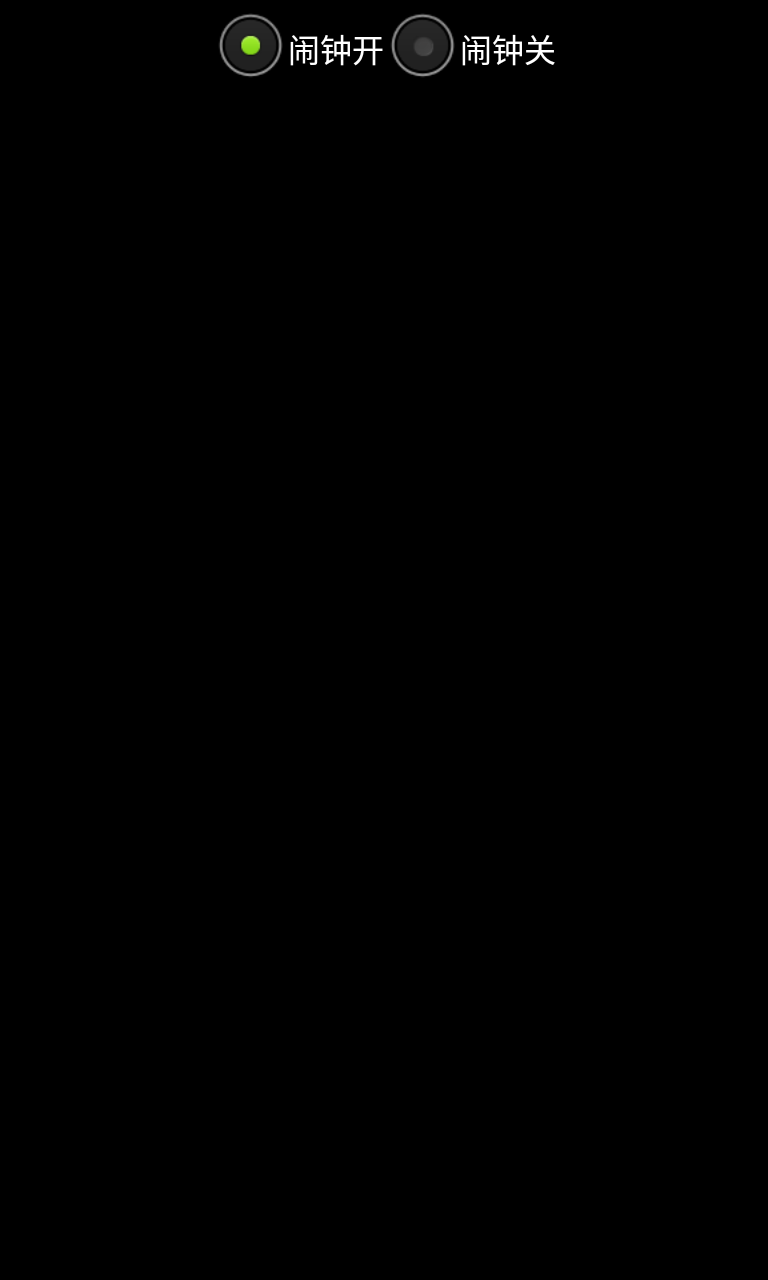
Repository: gogolaile/CoolWeather
Layout: DayDel/res/layout/alarm_newone_dialog.xml
These files come from the project's save history. The layout is drawn as it stood at one moment and after the next save; the edit follows.
It is drawn on a 768 x 1280 px phone screen (xhdpi) without system bars, with theme android:Theme.NoTitleBar.Fullscreen; the app's code is not run.

Above is the layout before, as saved 2015-12-09 12:34:26.

After the next save:
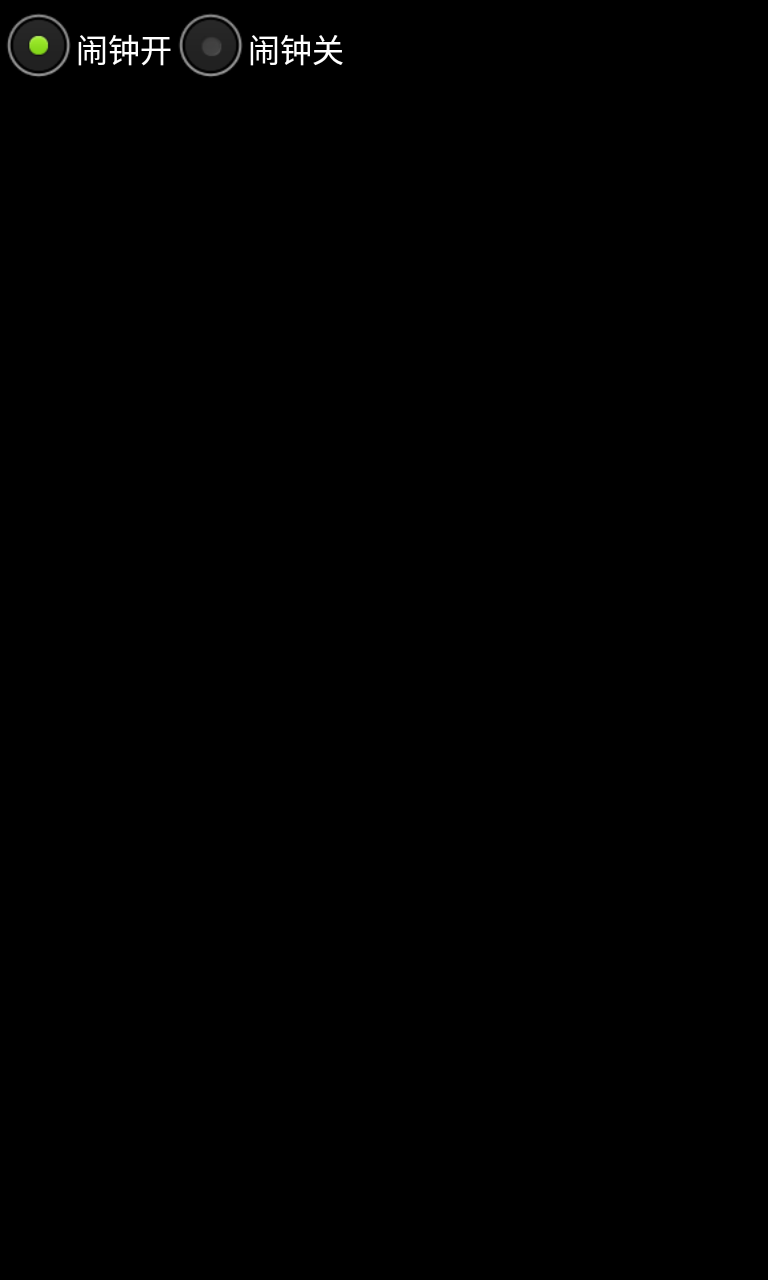
Saved 58 s later.
--- a/DayDel/res/layout/alarm_newone_dialog.xml
+++ b/DayDel/res/layout/alarm_newone_dialog.xml
@@ -7,16 +7,17 @@
      <RadioGroup android:id="@+id/alarm_mode"
          android:orientation="horizontal"
          android:layout_width="wrap_content"
-         android:layout_height="wrap_content"
-         android:layout_gravity="center_horizontal">
-         <RadioButton android:layout_width="wrap_content"
+         android:layout_height="wrap_content">
+         <RadioButton
+             android:id="@+id/open_alarm"
+             android:layout_width="wrap_content"
              android:layout_height="wrap_content"
-             android:id="@+id/open_alarm"
              android:text="闹钟开"
              android:checked="true"/>
-         <RadioButton android:layout_width="wrap_content"
+         <RadioButton
+             android:id="@+id/close_alarm"
+             android:layout_width="wrap_content"
              android:layout_height="wrap_content"
-             android:id="@+id/close_alarm"
              android:text="闹钟关"/>
      </RadioGroup>
 </LinearLayout>

After the 2 saves that followed:
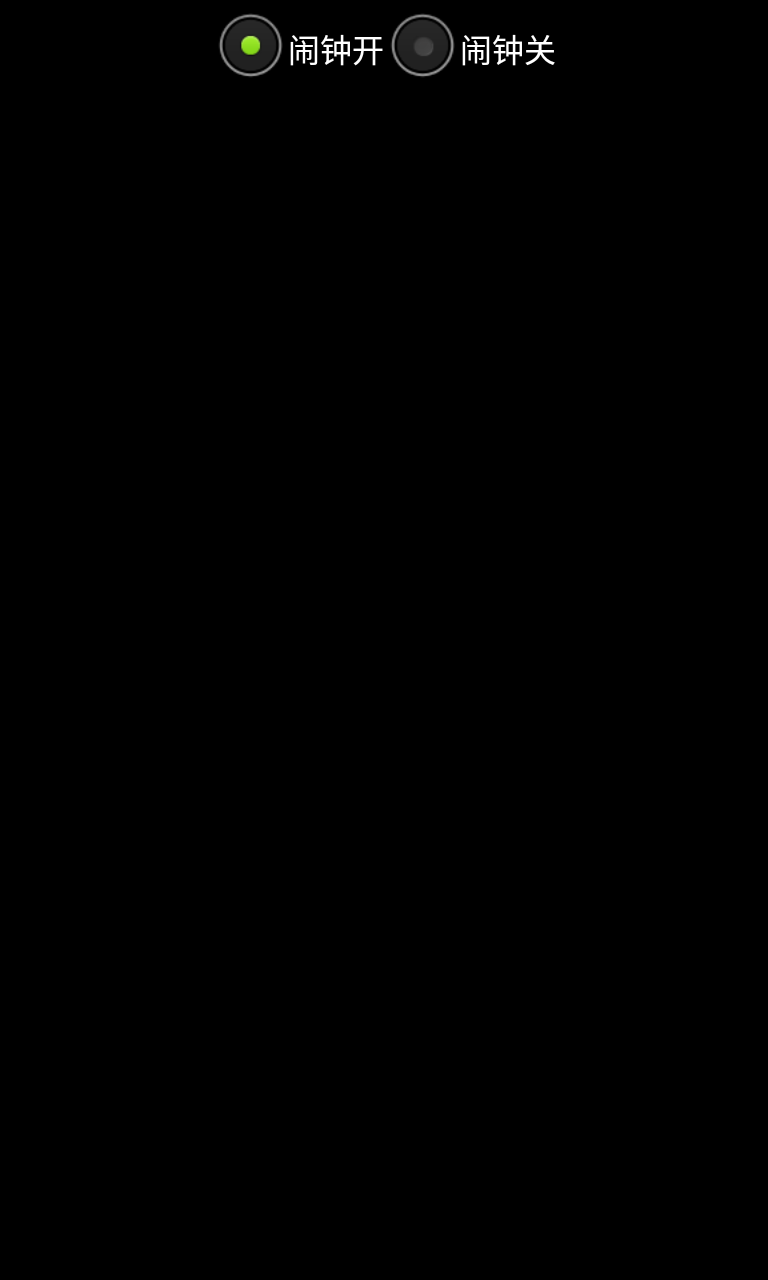
The 2 saves are shown as one change because 1 left the picture as it was.
The last was saved 5 min 36 s later.
--- a/DayDel/res/layout/alarm_newone_dialog.xml
+++ b/DayDel/res/layout/alarm_newone_dialog.xml
@@ -7,13 +7,14 @@
      <RadioGroup android:id="@+id/alarm_mode"
          android:orientation="horizontal"
          android:layout_width="wrap_content"
-         android:layout_height="wrap_content">
+         android:layout_height="wrap_content"
+         android:checkedButton="@+id/open_alarm"
+         android:layout_gravity="center_horizontal">
          <RadioButton
              android:id="@+id/open_alarm"
              android:layout_width="wrap_content"
              android:layout_height="wrap_content"
-             android:text="闹钟开"
-             android:checked="true"/>
+             android:text="闹钟开"/>
          <RadioButton
              android:id="@+id/close_alarm"
              android:layout_width="wrap_content"
